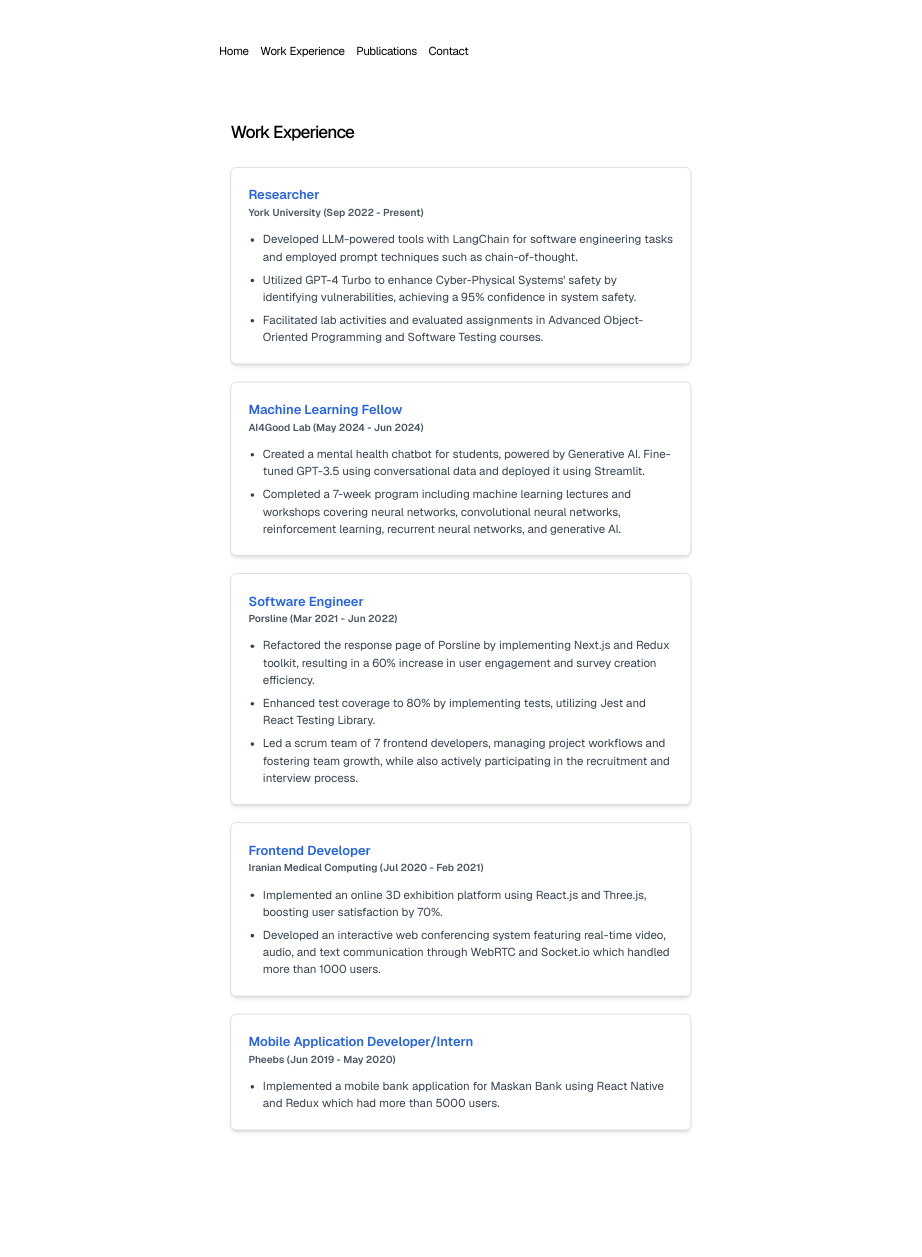
Repository: kimixz/kimixz.github.io
Page: /work
An editor plug-in stored every save of this project. The page is shown before and after the next save, followed by the edit.
The browser window is 1280 px wide. The pictures show the whole page, at 72% of full size.
The project was rebuilt for these pictures with package versions that can differ from the ones it lists, and the page was loaded fresh each time. Some packages were replaced by stand-ins written for this rebuild. The framework's server and built-in components were replaced by stand-ins that run in the browser. Also part of the build but not shown: next.config.mjs, app/blog/[slug]/sandpack.tsx.

Above is the page before, as saved 2024-07-28 16:54:14.

### app/work/page.tsx
export default function Page() {
  return (
    <section className="max-w-3xl mx-auto p-4">
      <h1 className="font-medium text-2xl mb-8 tracking-tighter">Work Experience</h1>

      <div className="space-y-6">
        <div className="p-6 border border-gray-300 dark:border-gray-700 rounded-lg bg-white dark:bg-gray-900 shadow-md">
          <h2 className="font-semibold text-lg mb-4">
            <span className="block text-blue-600 dark:text-blue-400">Researcher</span>
            <span className="block text-sm text-gray-600 dark:text-gray-400">York University (Sep 2022 - Present)</span>
          </h2>
          <ul className="list-disc ml-5 text-gray-700 dark:text-gray-300 space-y-2">
            <li>Developed LLM-powered tools with LangChain for software engineering tasks and employed prompt techniques such as chain-of-thought.</li>
            <li>Utilized GPT-4 Turbo to enhance Cyber-Physical Systems' safety by identifying vulnerabilities, achieving a 95% confidence in system safety.</li>
            <li>Facilitated lab activities and evaluated assignments in Advanced Object-Oriented Programming and Software Testing courses.</li>
          </ul>
        </div>
        <div className="p-6 border border-gray-300 dark:border-gray-700 rounded-lg bg-white dark:bg-gray-900 shadow-md">
          <h2 className="font-semibold text-lg mb-4">
            <span className="block text-blue-600 dark:text-blue-400">Machine Learning Fellow</span>
            <span className="block text-sm text-gray-600 dark:text-gray-400">AI4Good Lab (May 2024 - Jun 2024)</span>
          </h2>
          <ul className="list-disc ml-5 text-gray-700 dark:text-gray-300 space-y-2">
            <li>Created a mental health chatbot for students, powered by Generative AI. Fine-tuned GPT-3.5 using conversational data and deployed it using Streamlit.</li>
            <li>Completed a 7-week program including machine learning lectures and workshops covering neural networks, convolutional neural networks, reinforcement learning, recurrent neural networks, and generative AI.</li>
          </ul>
        </div>
        <div className="p-6 border border-gray-300 dark:border-gray-700 rounded-lg bg-white dark:bg-gray-900 shadow-md">
          <h2 className="font-semibold text-lg mb-4">
            <span className="block text-blue-600 dark:text-blue-400">Software Engineer</span>
            <span className="block text-sm text-gray-600 dark:text-gray-400">Porsline (Mar 2021 - Jun 2022)</span>
          </h2>
          <ul className="list-disc ml-5 text-gray-700 dark:text-gray-300 space-y-2">
            <li>Refactored the response page of Porsline by implementing Next.js and Redux toolkit, resulting in a 60% increase in user engagement and survey creation efficiency.</li>
            <li>Enhanced test coverage to 80% by implementing tests, utilizing Jest and React Testing Library.</li>
            <li>Led a scrum team of 7 frontend developers, managing project workflows and fostering team growth, while also actively participating in the recruitment and interview process.</li>
          </ul>
        </div>
        <div className="p-6 border border-gray-300 dark:border-gray-700 rounded-lg bg-white dark:bg-gray-900 shadow-md">
          <h2 className="font-semibold text-lg mb-4">
            <span className="block text-blue-600 dark:text-blue-400">Frontend Developer</span>
            <span className="block text-sm text-gray-600 dark:text-gray-400">Iranian Medical Computing (Jul 2020 - Feb 2021)</span>
          </h2>
          <ul className="list-disc ml-5 text-gray-700 dark:text-gray-300 space-y-2">
            <li>Implemented an online 3D exhibition platform using React.js and Three.js, boosting user satisfaction by 70%.</li>
            <li>Developed an interactive web conferencing system featuring real-time video, audio, and text communication through WebRTC and Socket.io which handled more than 1000 users.</li>
          </ul>
        </div>
        <div className="p-6 border border-gray-300 dark:border-gray-700 rounded-lg bg-white dark:bg-gray-900 shadow-md">
          <h2 className="font-semibold text-lg mb-4">
            <span className="block text-blue-600 dark:text-blue-400">Mobile Application Developer/Intern</span>
            <span className="block text-sm text-gray-600 dark:text-gray-400">Pheebs (Jun 2019 - May 2020)</span>
          </h2>
          <ul className="list-disc ml-5 text-gray-700 dark:text-gray-300 space-y-2">
            <li>Implemented a mobile bank application for Maskan Bank using React Native and Redux which had more than 5000 users.</li>
          </ul>
        </div>
      </div>
    </section>
  );
}

### app/global.css
@tailwind base;
@tailwind components;
@tailwind utilities;

::selection {
  background-color: #47a3f3;
  color: #fefefe;
}

:root {
  --sh-class: #2d5e9d;
  --sh-identifier: #354150;
  --sh-sign: #8996a3;
  --sh-string: #007f7a;
  --sh-keyword: #e02518;
  --sh-comment: #a19595;
  --sh-jsxliterals: #6266d1;
  --sh-property: #e25a1c;
  --sh-entity: #e25a1c;
}

@media (prefers-color-scheme: dark) {
  :root {
    --sh-class: #4c97f8;
    --sh-identifier: white;
    --sh-keyword: #f47067;
    --sh-string: #0fa295;
  }
  html {
    color-scheme: dark;
  }
}

html {
  min-width: 360px;
}

.prose .anchor {
  @apply absolute invisible no-underline;

  margin-left: -1em;
  padding-right: 0.5em;
  width: 80%;
  max-width: 700px;
  cursor: pointer;
}

.anchor:hover {
  @apply visible;
}

.prose a {
  @apply transition-all decoration-neutral-400 dark:decoration-neutral-600 underline-offset-2 decoration-[0.1em];
}

.prose .anchor:after {
  @apply text-neutral-300 dark:text-neutral-700;
  content: '#';
}

.prose *:hover > .anchor {
  @apply visible;
}

.prose pre {
  @apply bg-neutral-50 dark:bg-neutral-900 rounded-lg overflow-x-auto border border-neutral-200 dark:border-neutral-900;
}

.prose code {
  @apply px-1 py-0.5 rounded-lg;
}

.prose pre code {
  @apply p-0;
  border: initial;
  line-height: 1.5;
}

.prose code span {
  @apply font-medium;
}

.prose img {
  /* Don't apply styles to next/image */
  @apply m-0;
}

.prose h2,
h3,
h4 {
  @apply font-medium tracking-tighter !important;
}

.prose strong {
  @apply font-medium;
}

.prose > :first-child {
  /* Override removing top margin, causing layout shift */
  margin-top: 1.25em !important;
  margin-bottom: 1.25em !important;
}

pre::-webkit-scrollbar {
  display: none;
}

pre {
  -ms-overflow-style: none; /* IE and Edge */
  scrollbar-width: none; /* Firefox */
}

/* Remove Safari input shadow on mobile */
input[type='text'],
input[type='email'] {
  -webkit-appearance: none;
  -moz-appearance: none;
  appearance: none;
}

.prose .tweet a {
  text-decoration: inherit;
  font-weight: 500;
}

table {
  display: block;
  max-width: fit-content;
  overflow-x: auto;
  white-space: nowrap;
}

.prose .callout > p {
  margin: 0 !important;
}

.title {
  text-wrap: balance;
}

### app/components/nav.tsx
import Link from 'next/link';

const navItems = {
  '/': {
    name: 'Home',
  },
  '/work': {
    name: 'Work Experience',
  },
  '/publications': {
    name: 'Publications',
  },
  '/contact': {
    name: 'Contact',
  },
};

export function Navbar() {
  return (
    <aside className="-ml-[8px] mb-16 tracking-tight">
      <div className="lg:sticky lg:top-20">
        <nav
          className="flex flex-row items-start relative px-0 pb-0 fade md:overflow-auto scroll-pr-6 md:relative"
          id="nav"
        >
          <div className="flex flex-row space-x-0 pr-10">
            {Object.entries(navItems).map(([path, { name }]) => {
              return (
                <Link
                  key={path}
                  href={path}
                  className="transition-all hover:text-neutral-800 dark:hover:text-neutral-200 flex align-middle relative py-1 px-2"
                >
                  {name}
                </Link>
              );
            })}
          </div>
        </nav>
      </div>
    </aside>
  );
}

Loaded but not shown: app/layout.tsx (common file); tailwind.config.ts (common file)

After the next save:
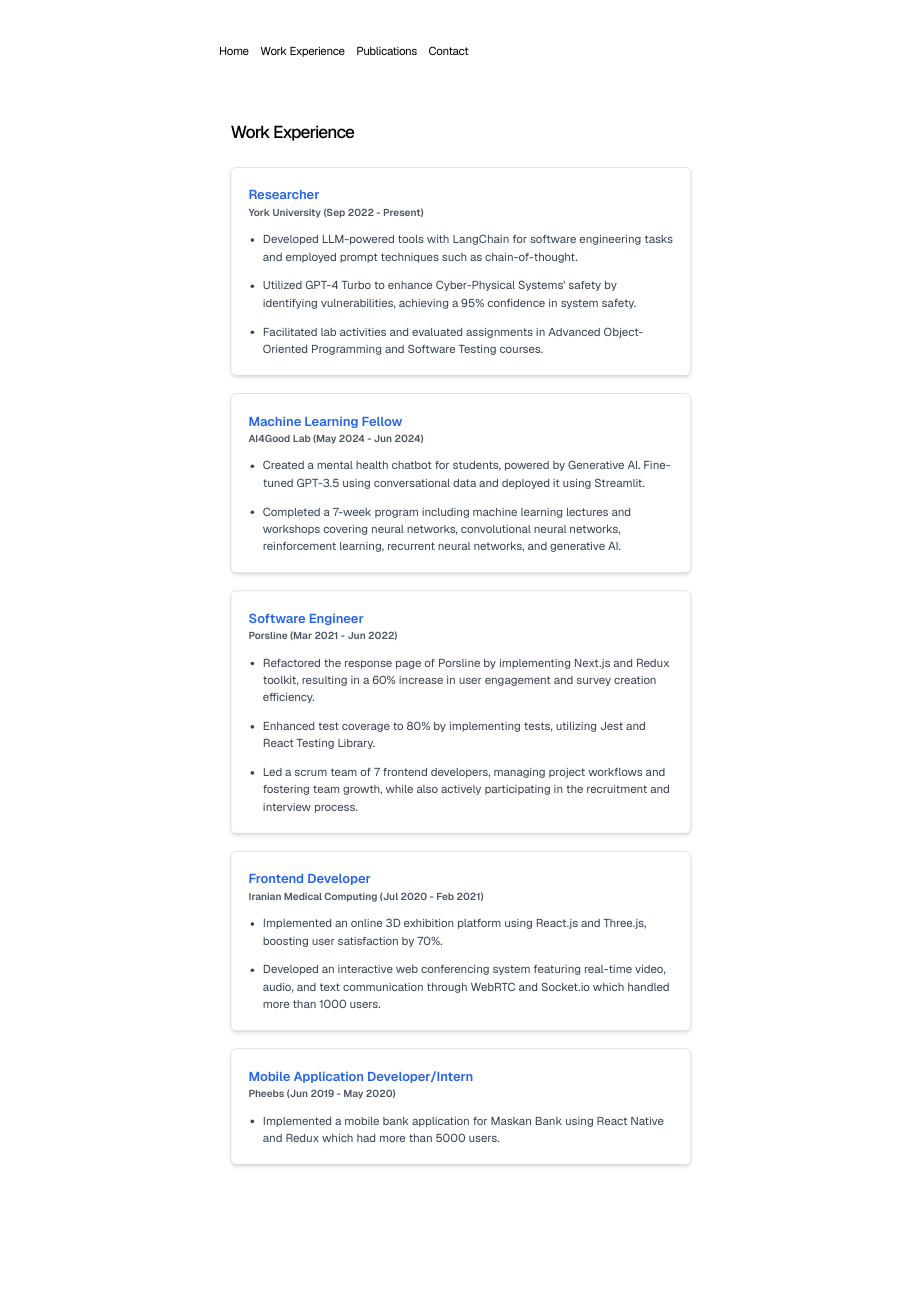
Saved 20 s later.
--- a/app/work/page.tsx
+++ b/app/work/page.tsx
@@ -9,7 +9,7 @@
             <span className="block text-blue-600 dark:text-blue-400">Researcher</span>
             <span className="block text-sm text-gray-600 dark:text-gray-400">York University (Sep 2022 - Present)</span>
           </h2>
-          <ul className="list-disc ml-5 text-gray-700 dark:text-gray-300 space-y-2">
+          <ul className="list-disc ml-5 text-gray-700 dark:text-gray-300 space-y-4">
             <li>Developed LLM-powered tools with LangChain for software engineering tasks and employed prompt techniques such as chain-of-thought.</li>
             <li>Utilized GPT-4 Turbo to enhance Cyber-Physical Systems' safety by identifying vulnerabilities, achieving a 95% confidence in system safety.</li>
             <li>Facilitated lab activities and evaluated assignments in Advanced Object-Oriented Programming and Software Testing courses.</li>
@@ -20,7 +20,7 @@
             <span className="block text-blue-600 dark:text-blue-400">Machine Learning Fellow</span>
             <span className="block text-sm text-gray-600 dark:text-gray-400">AI4Good Lab (May 2024 - Jun 2024)</span>
           </h2>
-          <ul className="list-disc ml-5 text-gray-700 dark:text-gray-300 space-y-2">
+          <ul className="list-disc ml-5 text-gray-700 dark:text-gray-300 space-y-4">
             <li>Created a mental health chatbot for students, powered by Generative AI. Fine-tuned GPT-3.5 using conversational data and deployed it using Streamlit.</li>
             <li>Completed a 7-week program including machine learning lectures and workshops covering neural networks, convolutional neural networks, reinforcement learning, recurrent neural networks, and generative AI.</li>
           </ul>
@@ -30,7 +30,7 @@
             <span className="block text-blue-600 dark:text-blue-400">Software Engineer</span>
             <span className="block text-sm text-gray-600 dark:text-gray-400">Porsline (Mar 2021 - Jun 2022)</span>
           </h2>
-          <ul className="list-disc ml-5 text-gray-700 dark:text-gray-300 space-y-2">
+          <ul className="list-disc ml-5 text-gray-700 dark:text-gray-300 space-y-4">
             <li>Refactored the response page of Porsline by implementing Next.js and Redux toolkit, resulting in a 60% increase in user engagement and survey creation efficiency.</li>
             <li>Enhanced test coverage to 80% by implementing tests, utilizing Jest and React Testing Library.</li>
             <li>Led a scrum team of 7 frontend developers, managing project workflows and fostering team growth, while also actively participating in the recruitment and interview process.</li>
@@ -41,7 +41,7 @@
             <span className="block text-blue-600 dark:text-blue-400">Frontend Developer</span>
             <span className="block text-sm text-gray-600 dark:text-gray-400">Iranian Medical Computing (Jul 2020 - Feb 2021)</span>
           </h2>
-          <ul className="list-disc ml-5 text-gray-700 dark:text-gray-300 space-y-2">
+          <ul className="list-disc ml-5 text-gray-700 dark:text-gray-300 space-y-4">
             <li>Implemented an online 3D exhibition platform using React.js and Three.js, boosting user satisfaction by 70%.</li>
             <li>Developed an interactive web conferencing system featuring real-time video, audio, and text communication through WebRTC and Socket.io which handled more than 1000 users.</li>
           </ul>
@@ -51,7 +51,7 @@
             <span className="block text-blue-600 dark:text-blue-400">Mobile Application Developer/Intern</span>
             <span className="block text-sm text-gray-600 dark:text-gray-400">Pheebs (Jun 2019 - May 2020)</span>
           </h2>
-          <ul className="list-disc ml-5 text-gray-700 dark:text-gray-300 space-y-2">
+          <ul className="list-disc ml-5 text-gray-700 dark:text-gray-300 space-y-4">
             <li>Implemented a mobile bank application for Maskan Bank using React Native and Redux which had more than 5000 users.</li>
           </ul>
         </div>

After the save that followed:
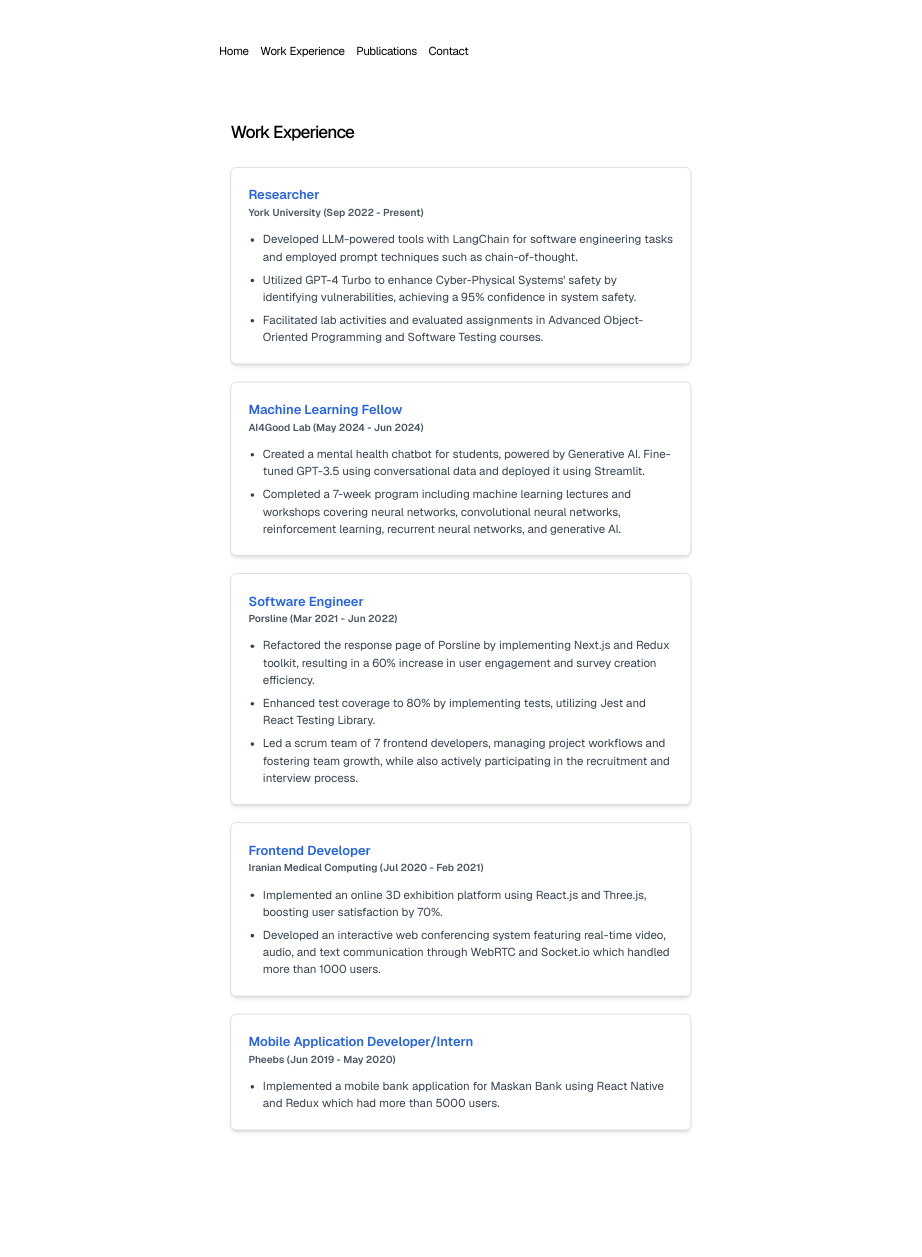
Saved 13 s later.
--- a/app/work/page.tsx
+++ b/app/work/page.tsx
@@ -9,7 +9,7 @@
             <span className="block text-blue-600 dark:text-blue-400">Researcher</span>
             <span className="block text-sm text-gray-600 dark:text-gray-400">York University (Sep 2022 - Present)</span>
           </h2>
-          <ul className="list-disc ml-5 text-gray-700 dark:text-gray-300 space-y-4">
+          <ul className="list-disc ml-5 text-gray-700 dark:text-gray-300 space-y-2">
             <li>Developed LLM-powered tools with LangChain for software engineering tasks and employed prompt techniques such as chain-of-thought.</li>
             <li>Utilized GPT-4 Turbo to enhance Cyber-Physical Systems' safety by identifying vulnerabilities, achieving a 95% confidence in system safety.</li>
             <li>Facilitated lab activities and evaluated assignments in Advanced Object-Oriented Programming and Software Testing courses.</li>
@@ -20,7 +20,7 @@
             <span className="block text-blue-600 dark:text-blue-400">Machine Learning Fellow</span>
             <span className="block text-sm text-gray-600 dark:text-gray-400">AI4Good Lab (May 2024 - Jun 2024)</span>
           </h2>
-          <ul className="list-disc ml-5 text-gray-700 dark:text-gray-300 space-y-4">
+          <ul className="list-disc ml-5 text-gray-700 dark:text-gray-300 space-y-2">
             <li>Created a mental health chatbot for students, powered by Generative AI. Fine-tuned GPT-3.5 using conversational data and deployed it using Streamlit.</li>
             <li>Completed a 7-week program including machine learning lectures and workshops covering neural networks, convolutional neural networks, reinforcement learning, recurrent neural networks, and generative AI.</li>
           </ul>
@@ -30,7 +30,7 @@
             <span className="block text-blue-600 dark:text-blue-400">Software Engineer</span>
             <span className="block text-sm text-gray-600 dark:text-gray-400">Porsline (Mar 2021 - Jun 2022)</span>
           </h2>
-          <ul className="list-disc ml-5 text-gray-700 dark:text-gray-300 space-y-4">
+          <ul className="list-disc ml-5 text-gray-700 dark:text-gray-300 space-y-2">
             <li>Refactored the response page of Porsline by implementing Next.js and Redux toolkit, resulting in a 60% increase in user engagement and survey creation efficiency.</li>
             <li>Enhanced test coverage to 80% by implementing tests, utilizing Jest and React Testing Library.</li>
             <li>Led a scrum team of 7 frontend developers, managing project workflows and fostering team growth, while also actively participating in the recruitment and interview process.</li>
@@ -41,7 +41,7 @@
             <span className="block text-blue-600 dark:text-blue-400">Frontend Developer</span>
             <span className="block text-sm text-gray-600 dark:text-gray-400">Iranian Medical Computing (Jul 2020 - Feb 2021)</span>
           </h2>
-          <ul className="list-disc ml-5 text-gray-700 dark:text-gray-300 space-y-4">
+          <ul className="list-disc ml-5 text-gray-700 dark:text-gray-300 space-y-2">
             <li>Implemented an online 3D exhibition platform using React.js and Three.js, boosting user satisfaction by 70%.</li>
             <li>Developed an interactive web conferencing system featuring real-time video, audio, and text communication through WebRTC and Socket.io which handled more than 1000 users.</li>
           </ul>
@@ -51,7 +51,7 @@
             <span className="block text-blue-600 dark:text-blue-400">Mobile Application Developer/Intern</span>
             <span className="block text-sm text-gray-600 dark:text-gray-400">Pheebs (Jun 2019 - May 2020)</span>
           </h2>
-          <ul className="list-disc ml-5 text-gray-700 dark:text-gray-300 space-y-4">
+          <ul className="list-disc ml-5 text-gray-700 dark:text-gray-300 space-y-2">
             <li>Implemented a mobile bank application for Maskan Bank using React Native and Redux which had more than 5000 users.</li>
           </ul>
         </div>
